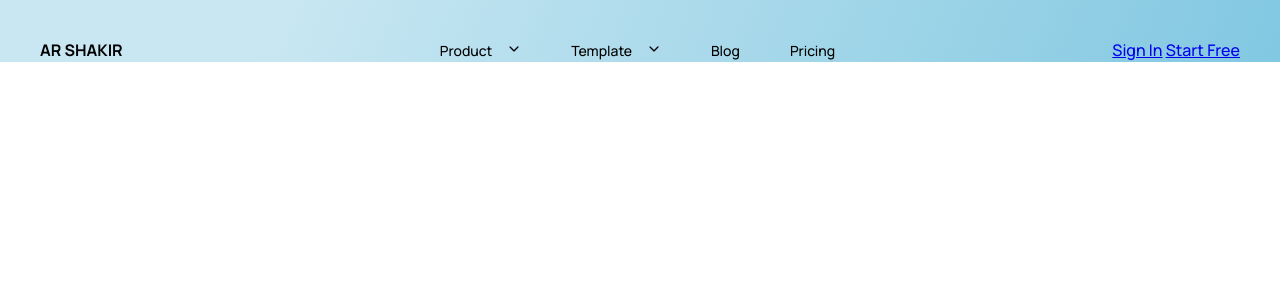
Repository: duongdori/ARShakir
Page: index.html
These files come from the project's save history. The page is drawn as it stood at one moment and after the next save; the edit follows.
The browser window is 1280 px wide. The pictures show the whole page.

Above is the page before, as saved 2022-04-01 22:29:06.

After the next save:
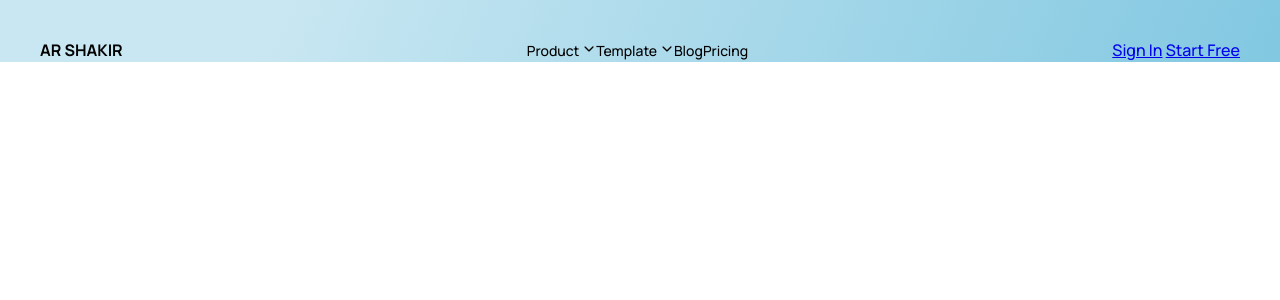
Saved 35 s later.
--- a/assets/css/main.css
+++ b/assets/css/main.css
@@ -75,11 +75,9 @@ body {
     font-weight: 500;
     font-size: 14px;
     line-height: calc(19 / 14);
-    margin-left: -50px;
 }
 
 .header-menu-item{
-    margin-left: 50px;
 
 }
 
@@ -90,7 +88,6 @@ body {
 }
 
 .header-menu-item-icon {
-    margin-left: 12px;
 }
 
 .header-login{
